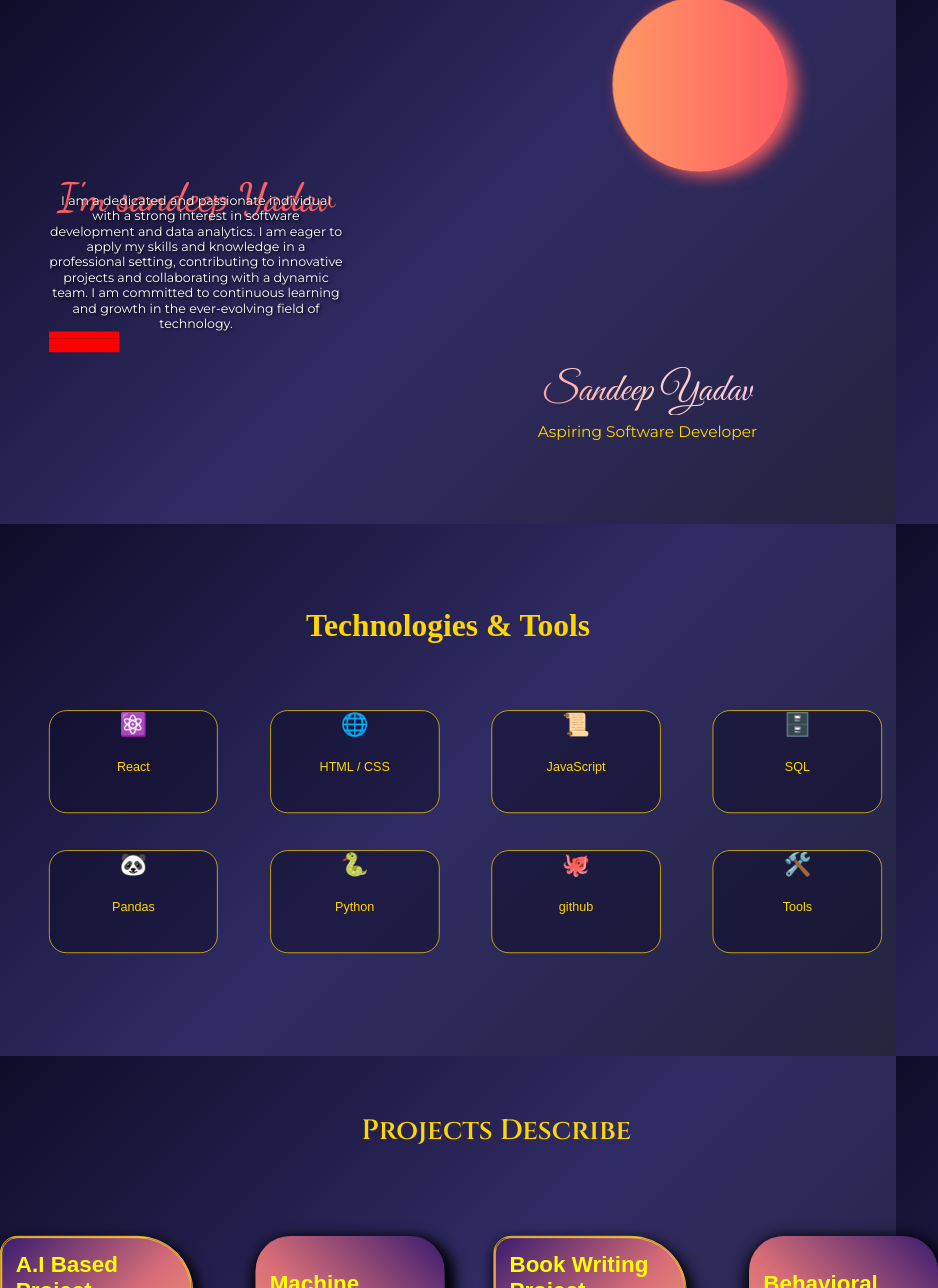
Repository: SandeepYadav18717/Sandeep_portfolio
Page: /
The author's editor kept a copy of each file at every save. The page is drawn from the files as they stood at one save, then again after a run of saves.
The browser window is 1280 px wide. The page is 1340 px wide, so the pictures cover 1340 px, including what lies to the right of the window. The pictures show the part of the page from y = 772 to 2612 px (the page is 3820 px tall before and 3800 px after), at 70% of full size.
The project was rebuilt for these pictures with package versions that can differ from the ones it lists, and the page was loaded fresh each time. Also part of the build but not shown: vite.config.js, src/index.css.

Above is the page before, as saved 2025-09-02 02:07:28.

### index.html
<<<<<<< HEAD
 <!DOCTYPE html>
<html lang="en">
<head>
    <meta charset="UTF-8">
    <meta name="viewport" content="width=device-width, initial-scale=1.0">
    <title>Portfolio - Sandeep Yadav</title>
    <style>
        body {
            margin: 0;
            font-family: 'Arial', sans-serif;
            background-color: #ffffff;
            color: #333333;
            height: 100vh;
            display: flex;
            flex-direction: column;
            justify-content: space-between;
        }

        .container {
            max-width: 1200px;
            margin: 0 auto;
            padding: 20px;
            flex: 1;
        }

        .navbar {
            display: flex;
            justify-content: space-between;
            align-items: center;
            padding: 20px;
            background-color: #f8f8f8;
            box-shadow: 0 4px 8px rgba(0, 0, 0, 0.1);
            animation: slideIn 1s ease-out;
        }

        .navbar ul {
            list-style: none;
            display: flex;
            gap: 20px;
        }

        .navbar ul li {
            display: inline;
        }

        .navbar ul li a {
            color: #333333;
            text-decoration: none;
            font-weight: bold;
            transition: color 0.3s;
        }

        .navbar ul li a:hover {
            color: #007bff;
        }

        .hero {
            text-align: center;
            padding: 100px 20px;
            background: linear-gradient(135deg, #f8f8f8, #ffffff);
            animation: fadeIn 2s ease-in-out;
            flex: 1;
        }

        .hero h1 {
            font-size: 3em;
            margin: 0;
            color: #007bff;
            animation: bounceIn 1.5s ease-in-out;
        }

        .hero p {
            font-size: 1.2em;
            margin: 20px 0;
            color: #333333;
            animation: fadeIn 2s ease-in-out;
        }

        .hero a {
            display: inline-block;
            padding: 10px 20px;
            color: #ffffff;
            background-color: #007bff;
            text-decoration: none;
            border-radius: 5px;
            transition: background-color 0.3s;
            animation: fadeIn 2s ease-in-out;
        }

        .hero a:hover {
            background-color: #0056b3;
        }

        .footer {
            text-align: center;
            padding: 20px;
            background-color: #f8f8f8;
            animation: slideIn 1s ease-out;
        }

        .footer a {
            color: #007bff;
            text-decoration: none;
        }

        @keyframes slideIn {
            from {
                transform: translateY(-100%);
                opacity: 0;
            }
            to {
                transform: translateY(0);
                opacity: 1;
            }
        }

        @keyframes fadeIn {
            from {
                opacity: 0;
            }
            to {
                opacity: 1;
            }
        }

        @keyframes bounceIn {
            0%, 20%, 40%, 60%, 80%, 100% {
                transform: translateY(0);
            }
            50% {
                transform: translateY(-20px);
            }
        }
    </style>
</head>
<body>
    <div class="container">
        <nav class="navbar">
            <div class="logo">
                <h1>Portfolio</h1>
            </div>
            <ul>
                <li><a href="index.html">Home</a></li>
                <li><a href="about sandeep.html">About</a></li>
                <li><a href="Sandeep port experience.html">Skills</a></li>
                <li><a href="Sandeep port certifications.html">Certificates</a></li>
            </ul>
        </nav>

        <section class="hero" id="home">
            <h1>Hello! I Am Sandeep Yadav</h1>
            <p>Welcome to my portfolio. Explore my work and skills.</p>

        </section>

        <footer class="footer">
            <p>Connect with me on <a href="https://instagram.com/sandeepyadav782707?utm_source=qr&igshid=ZDc4ODBmNjlmNQ%3D%3D">Instagram</a> and <a href="https://www.linkedin.com/in/sandeep-yadav-0b6357210">LinkedIn</a></p>
        </footer>
    </div>
</body>
</html>
=======
<!doctype html>
<html lang="en">
  <head>
    <meta charset="UTF-8" />
    <link rel="icon" type="image/svg+xml" href="/vite.svg" />
    <meta name="viewport" content="width=device-width, initial-scale=1.0" />
    <title>Vite + React</title>
  </head>
  <body>
    <div id="root"></div>
    <script type="module" src="/src/main.jsx"></script>
  </body>
</html>
>>>>>>> 4fd1c6c (Initial upload of React portfolio project)

### src/App.jsx
import { useEffect } from "react";
import Navbar from "./navbar/Navbar";
import Index from "./Pages/Index";
import Skills from "./Pages/Skills";
import Cards from "./Cards/Cards";
import Contact from "./Contact/contact";
import "./App.css";

function App() {
  useEffect(() => {
    const observer = new IntersectionObserver(
      (entries) => {
        entries.forEach((entry) => {
          if (entry.isIntersecting) {
            entry.target.classList.add("visible");
          } else {
            entry.target.classList.remove("visible");
          }
        });
      },
      { threshold: 0.2 } // 20% section visible hote hi trigger
    );

    document.querySelectorAll(".section").forEach((sec) => {
      observer.observe(sec);
    });

    return () => observer.disconnect();
  }, []);

  return (
    <>
      <Navbar />
      <section id="home" className="section"><Index /></section>
      <section id="skills" className="section"><Skills /></section>
      <section id="projects" className="section"><Cards /></section>
      <section id="contact" className="section"><Contact /></section>
    </>
  );
}

export default App;

### src/Navbar/Navbar.jsx
import "./Navabr.css";



import { useState,useEffect } from 'react'
function Navbar() {
  const [loaded, setLoaded] = useState(false);

  useEffect(() => {
    // Trigger animation when component mounts
    setLoaded(true);
  }, []);
  function About(){
    location.href = 'Home.jsx';
    console.log("clickedded");
  }
  function Project(){
    location.href = 'Cards.jsx';
    console.log("clicked");
  }

    return (
        <div id="container">
       <a href="#home" className="nav-item">Home</a>
        <a href="#skills" className="nav-item">Skills</a>
        <a href="#projects" className="nav-item">Projects</a>
        <a href="#contact" className="nav-item">Contact</a>
        </div>
    )
}

export default Navbar;

### src/Pages/Index.jsx

import "./Home.css";

function Home() {
  return (
    <>

     <div id="detail">
     <div id="overlay">I'm sandeep Yadav</div>
     <div id="bg-Photo"></div>
     <div id="intro">
          I am a dedicated and passionate individual with a strong interest in
          software development and data analytics. I am eager to apply my skills
          and knowledge in a professional setting, contributing to innovative
          projects and collaborating with a dynamic team. I am committed to
          continuous learning and growth in the ever-evolving field of
          technology.
      <div id="Linkdin"></div>
        <div id="Linkdin"></div>
          <div id="Linkdin"></div>
        </div>


   <div id="name">
          Sandeep Yadav
        </div>
   <div id="role">
          Aspiring Software Developer
        </div>

     </div>
     <br/><br/><br/><br/><br/>
    </>
  );
}

export default Home;

### src/Pages/Skills.jsx
import { Card } from "../Cards/Cards"
import "./Skills.css"


function Skills() {
  return (
    <>
      <h1> Technologies & Tools</h1>
      <div id="card-skill">
        <Card
          className="card-skill-1"
          title={<h3>⚛️</h3>}
          description="React"
        />
        <Card
          className="card-skill-2"
          title={<h3>🌐</h3>}
          description="HTML / CSS"
        />
        <Card
          className="card-skill-3"
          title={<h3>📜</h3>}
          description="JavaScript"
        />
        <Card
          className="card-skill-4"
          title={<h3>🗄️</h3>}
          description="SQL"
        />
      </div>

      {/* another div line 2 */}
      <div id="card-skill">
        <Card
          className="card-skill-1"
          title={<h3>🐼</h3>}
          description="Pandas"
        />
        <Card
          className="card-skill-2"
          title={<h3>🐍</h3>}
          description="Python"
        />
        <Card
          className="card-skill-3"
          title={<h3>🐙</h3>}
          description="github"
        />
        <Card
          className="card-skill-4"
          title={<h3>🛠️</h3>}
          description="Tools"
        />
      </div>
    </>
  )
}

export default Skills;

### src/Cards/Cards.jsx
import "./Card.css";

function Card(props) {
  return (
    <div className={props.className}>
       {/* //<div className="card-1"> </div> */}
      <div className={props.backClass}>
        {/* //<div className="Back"> </div> */}
        <h3>{props.title}{props.icon}</h3>
          {/* title="Machine Learning Project" */}
        <p>{props.description}</p>
      </div>
    </div>
  );
}

function Cards() {
  return (
    <div>
    <text

        style={{

          color: "#FFD700",
        fontFamily: 'Cinzel',
          textAlign: "center",
          fontSize: "40px",
          marginTop: "25%",
          marginLeft:"40%"
        }}
      >
        Projects Describe
      </text>

      <div id="card-contain">
        {/* Card-1 */}
        <Card
        className="card-1"
        backClass="Back"
        title="A.I Based Project"
        description="Developed a back-end system using Python and pandas to automatically send
          tailored mass emails to more than 1000 recipients. Developed a user-friendly
          front-end   , CSS, and JavaScript, enabling users to upload
          files and extract over 100 email addresses. Successfully implemented logic to
          dynamically populate email templates, reducing 20% manual effort."
        />

        {/* Card-2 */}
        <Card
          className="card-2"
          backClass="Back-X"
          title="Machine Learning Based"
          description="Created a Supervised Learning model for Behavioral Pattern Recognition to
          effectively arrange and distribute time for more than 15 user tasks. 10% more
          user productivity and time savings were achieved through suggested performance
          enhancements and intelligent time allocation using HTML, CSS, JavaScript, and ML."
        />

        {/* Card-3 */}
        <Card
          className="card-3"
          backClass="Back"
          title="Book Writing Project"
          description="Co-authoring a technical book on Machine Learning (ML) concepts and applications with 1+ one or more faculty members.
 Using real-world examples in Python, I have written and organized more than 5 chapters on the basics of supervised learning techniques, such as linear regression.
"
        />

        {/* Card-4 */}
        <Card
          className="card-4"
          backClass="Back-X"
          title="Behavioral Pattern Recognition"
          description="Created a Supervised Learning model for Behavioral Pattern Recognition to
          effectively..."
        />
      </div>
    </div>
  );
}
export { Card };
export default Cards;

### src/Contact/contact.jsx
import { useState } from "react";
import "./contact.css";

function Contact() {
  const [name, setName] = useState("");
  const [Email, setEmail] = useState("");
  const [phone, setPhone] = useState("");
  function on(event){
    setName(event.target.value)

  }
   function email(event){
    setEmail(event.target.value)

  }
   function Phone(event){
    setPhone(event.target.value)

  }


  return (
    <>
    <div id="heading">Get in <span style={{color:"gold"}}>Touch</span> With Us
</div>
<br />
<div id="value">
      <input
        type="text"
        onChange={on}

        placeholder="Enter your name"
        className="input-box"
      /><br />
      {name}

      <br />

      <input
      className="input-box"
        type="email"
        onChange={email}
        placeholder="Enter your Email"
      /><br />
     Email is: {Email}
<br />
       <input
       className="input-box"
        type="Phone"
        onChange={Phone}

        placeholder="Enter your Phone number"
      />
      <br />
      Mobile No:{phone}
      <br />
    <br />

  <button >submit</button>
    </div>
    </>
  );
}


export default Contact;

### src/App.css
html { scroll-behavior: smooth; }

.section {
  min-height: 100vh;
  opacity: 0;
  transform: translateY(80px);
  transition: all 1.2s ease-in-out;
  transition-delay: 0.3s;
}

.section.visible {
  opacity: 1;
  transform: translateY(0);
}

### src/Navbar/Navabr.css
@import url('https://fonts.googleapis.com/css2?family=Press+Start+2P&display=swap');
html {
  scroll-behavior: smooth;
}
#container {
    height: 70px;
    width: 100%;
    display: flex;
    justify-content: space-evenly;
    align-items: center;
    font-family: 'Press Start 2P', cursive;
    color: #4e3940;
    background-color: transparent;
    transition: all 0.2s ease-in-out;
}
#container

.nav-item {
    padding: 10px 25px;
    border-radius: 10px;


    transition: all 0.4s ease;
}

#container .nav-item:hover {
    text-shadow: 2px 2px 5px whitesmoke;
    box-shadow: 0 10px 20px rgba(0,0,0,0.5);
    transform: translateY(-10px) scale(1.1);
    background-color:  #4e3940;
    color: whitesmoke;
    cursor: pointer;
}

body{
    background: linear-gradient(135deg,black);
    height: 100vh;
}

### src/Pages/Home.css
@import url('https://fonts.googleapis.com/css2?family=Great+Vibes&display=swap');
@import url("https://fonts.googleapis.com/css2?family=Dancing+Script:wght@600&display=swap");

#detail {
  position: relative;
  margin-top: 0%;
  height: auto;
  padding: 50px;
  display: flex;
  flex-direction: column;
  align-items: center;
}

#bg-Photo {
  height: 250px;
  width: 250px;
  background: linear-gradient(to right, #ff9966, #ff5e62);
  border-radius: 50%;
  margin-bottom: 30px;
  margin-left: 100vh;
  box-shadow: 12px 5px 25px #ff5e62;
  animation: photoSlide 1.5s ease forwards;
}

@keyframes photoSlide {
  from {
    transform: translateY(-200%);
    opacity: 0;
  }
  to {
    transform: translateY(0);
    opacity: 1;
  }
}


#name {
  font-family: 'Montserrat', sans-serif;
  font-size: 30px;
  color: white;
  margin-bottom: 10px;
  margin-left: 50%;
  animation: nameSlide 1.5s ease forwards;
}

@keyframes nameSlide {
  from {
    transform: translateX(-100%);
    opacity: 0;
  }
  to {
    transform: translateX(0);
    opacity: 1;
  }
}


#role {
  font-family: 'Montserrat', sans-serif;
  font-size: 22px;
  color: #ffd700;
  margin-bottom: 20px;
  animation: roleSlide 1.5s ease forwards;
  margin-left: 50%;
}

@keyframes roleSlide {
  from {
    transform: translateX(100%);
    opacity: 0;
  }
  to {
    transform: translateX(0);
    opacity: 1;
  }
}


#intro {
  font-family: 'Montserrat', sans-serif;
  font-size: 18px;
  color: white;
  text-align: center;
  margin-right: 100vh;
  max-width: 100vh;
  text-shadow: 2px 2px 5px black;
  animation: introSlide 2s ease forwards;
  opacity: 0;
}

@keyframes introSlide {
  from {
    transform: translateY(200%);
    opacity: 0;
  }
  to {
    transform: translateY(0);
    opacity: 1;
  }
}
#overlay {
  position: absolute;
  color:  #ff5e62;
  top: 40%;
  left: 5%;
  font-size: 400%;
  height: 100%;
}

#name {
  font-family: 'Great Vibes', cursive;
  font-size: 3.5rem;
  text-align: center;
  margin-top: 20px;


  background: linear-gradient(45deg, #ff9a9e, #fad0c4, #fbc2eb);
  background-clip: text;
  -webkit-text-fill-color: transparent;
}
#overlay{
   font-family:  'Dancing Script', cursive;
  font-size: 3.5rem;
  text-align: center;


}
#Linkdin{
  height:10px;
  width:100px;
  background-color: red;

}

### src/Pages/Skills.css
@import url("https://fonts.googleapis.com/css2?family=Monoton&display=swap");

html {
  scroll-behavior: smooth;
}
h1 {
  text-align: center;
  color: gold;

  margin-top: 20px;
  font-size: 250%;
  margin-top: 5%;
  font-family: 'Bebas Neue';
}
#card-skill {
  height: 200px;
  display: flex;

  align-items: center;
  gap:2%;
  border-radius: 20px;
  color: white;
  width:100%




}
.card-skill-1,.card-skill-2,.card-skill-3,.card-skill-4{
    background-color:  rgba(15, 12, 41, 0.7);
    border: 1px solid gold;
    height:145px;
    width:250px;
    background: rgba(15, 12, 41, 0.5);
    border-radius: 25px;
    margin-left: 4%;
    margin-top: 5%;
    text-align: center;
    color: #ffd700


 ;


}
.card-skill-1:hover,.card-skill-2:hover,.card-skill-3:hover,.card-skill-4:hover,.card-skill.h3:hover{
    border-color: #ffd700;
    box-shadow: 10px 15px 15px rgba(255, 215, 0, 0.2),  0 2.5px 5px crimson;
    transform: scale(1.3);
    border:2px, double ,gold;

}
.card-skill.h3 {
  color: yellow;
  background: transparent;
  display: inline-block;
  font-size: 20px;
  transition: transform 0.3s ease, color 0.3s ease;
  height: 35px;
  width:250px;
}

### src/Cards/Card.css
@import url('https://fonts.googleapis.com/css2?family=Montserrat:wght@400;700&display=swap');
@import url('https://fonts.googleapis.com/css2?family=Cinzel:wght@600&display=swap');

.aesthetic-heading {
  font-family: 'Cinzel', serif;
  font-size: 65px;
  letter-spacing: 4px;
  color: #e0c097;
  text-align: center;
  margin-top: 50px;
  text-shadow: 2px 2px 15px rgba(224, 192, 151, 0.6);
}

#card-contain{
    display: flex;

    height:250px;
    margin-top: 10%;
    justify-content: center;
    border-radius: 25px;
    gap:4%



}


.Back {
  background: linear-gradient(135deg, #3a1c71, #d76d77, #ffaf7b);
  height: 250px;
  width: 250px;
  border-radius: 25px 80px 25px  80px;
  border: 3px double gold;
   margin-left: 0px;
   padding-left: 20px;
   padding-top: 20px;
  transition: transform 0s ease;
  box-shadow: 5px 10px 18px 5px black ;
  animation: card 1s ease-in-out 0s;

}
@keyframes card {
  0%{
    transform: scale(0.5);
    opacity: 0;


  }


  100%{
    transform: scale(1);
    opacity: 200;
  }

}

.Back:hover {
 transform: rotateY(180deg);
 height:400px;
 color: wheat;
  background: linear-gradient(135deg, #0f0c29, #302b63, #24243e);
  border: 3px solid gold;
  box-shadow: 5px 10px 18px  crimson;
  font-family:'Montserrat' ;
}

.Back-X {
  background: linear-gradient(-135deg, #3a1c71, #d76d77, #ffaf7b);
  height: 250px;
  width: 250px;
  padding-left: 20px;
  padding-top: 50px;
  border-radius: 50px;
   margin-left: 0px;
  transition: transform 0s ease;
  box-shadow: 5px 10px 18px 10px black;


}
.Back-X:hover {
  transform: rotateX(180deg);
 height:400px;
 padding-top: 20px;
 color: wheat;
  background: linear-gradient(135deg, #0f0c29, #302b63, #24243e);
  border: 3px solid gold;
  box-shadow: 5px 10px 18px  crimson;
  font-family:'Montserrat' ;



}

.card-1,.card-3  {
  border-radius: 25px;
  height: 250px;
   margin-left: 40px;
  color: transparent;
  transition: transform 1s ease;


}
.card-1:hover {
  transform: rotateY(180deg);


}


.card-2,.card-4 {

  height: 450px;
  width: 250px;
  border-radius: 25px;
   margin-left: 40px;
  transition: transform 1s ease;
  color: transparent;

}

.card-2:hover {
  transform: rotatex(180deg);

}


.card-3:hover {
  transform: rotateY(180deg);
   color: wheat;
}

.card-4:hover {
  transform: rotateX(180deg);

}
body{
 background: linear-gradient(135deg, #0f0c29, #302b63, #24243e);
            color: #f8f8f8;
            min-height: 100vh;
            padding: 20px;
}
h3{
  color: yellow;
  font-size: xx-large;
  margin-top:0% ;
}
h3:hover{
  color: yellow;

  margin-top:0% ;
}
p{
  margin-top: 0%;
}

### src/Contact/contact.css
html {
  scroll-behavior: smooth;
}

body{
    background-color: azure;
    color: aqua;
    font-size: large;
}
.input-box {
             display: inline-flex;
            align-items: center;
            gap: 15px;
            margin-top: 2%;
            padding: 18px 40px;
            background: linear-gradient(135deg, var(--gold) 0%, #B8860B 100%);
            color: var(--dark);
            border: none;
            font-weight: 600;
            border-radius: 2px;
            transition: var(--transition);
            box-shadow: 0 10px 30px rgba(212, 175, 55, 0.3);
            cursor: pointer;



}
@keyframes input {
   25% {
    transform: translateY(-1225px);
  }
  50% {
    transform: translateZ(100px) translateY(100px);
  }
  75% {
    transform: translateZ(1225px);
  }
}


.input-box:focus {
  border-color: #007bff;
  box-shadow: -4px 15px 25px rgba(240, 241, 243, 0.5);
  width: 500px;

}
button{
    display: inline-flex;
            align-items: center;

            gap: 15px;
            padding: 18px 40px;
            background: linear-gradient(to right, #ff9966, #ff5e62);
            color: Gold;
            border: yellow;
            font-weight: 600;
            border-radius: 2px;
            transition: var(--transition);
            box-shadow: 0 10px 30px rgba(212, 175, 55, 0.3);
            cursor: pointer;
}
button:hover{
     transform: translateY(-3px);
            box-shadow: 0 15px 40px rgba(212, 175, 55, 0.4);
}
#heading{
    font-size: xxx-large;
    color:  #f9dcdc;
    text-shadow: 1px 1px 4px  gold;
    text-align: center;
}

Loaded but not shown: src/main.jsx (common file)

After the next 2 saves:
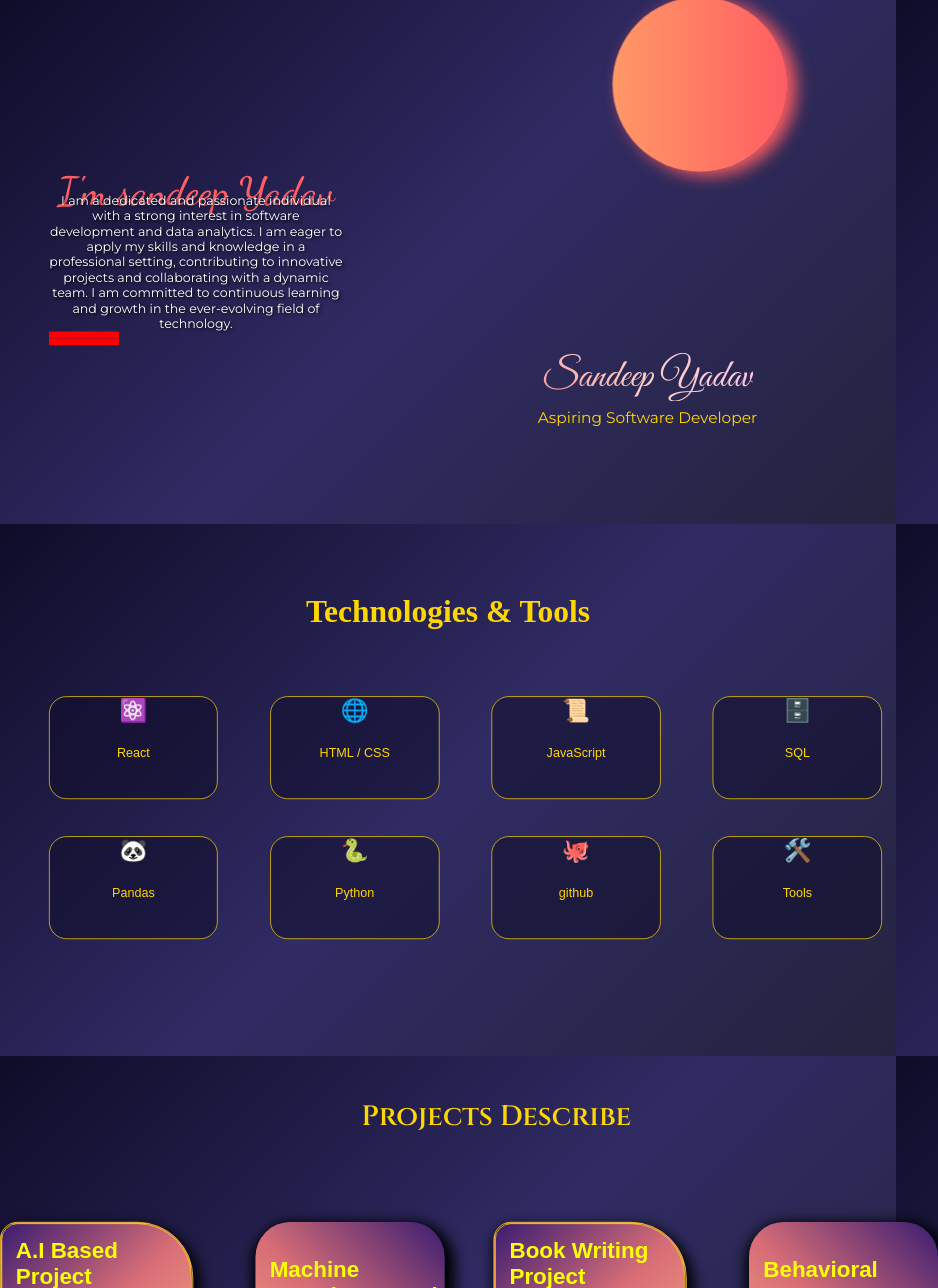
The 2 saves are shown as one change because 1 did not build or start.
The last was saved 22 s later.
--- a/src/Pages/Index.jsx
+++ b/src/Pages/Index.jsx
@@ -15,9 +15,9 @@ function Home() {
           projects and collaborating with a dynamic team. I am committed to
           continuous learning and growth in the ever-evolving field of
           technology.
-      <div id="Linkdin"></div>
+      <div id="Linkdin">
         <div id="Linkdin"></div>
-          <div id="Linkdin"></div>
+          <div id="Linkdin"></div></div>
         </div>
 
 
